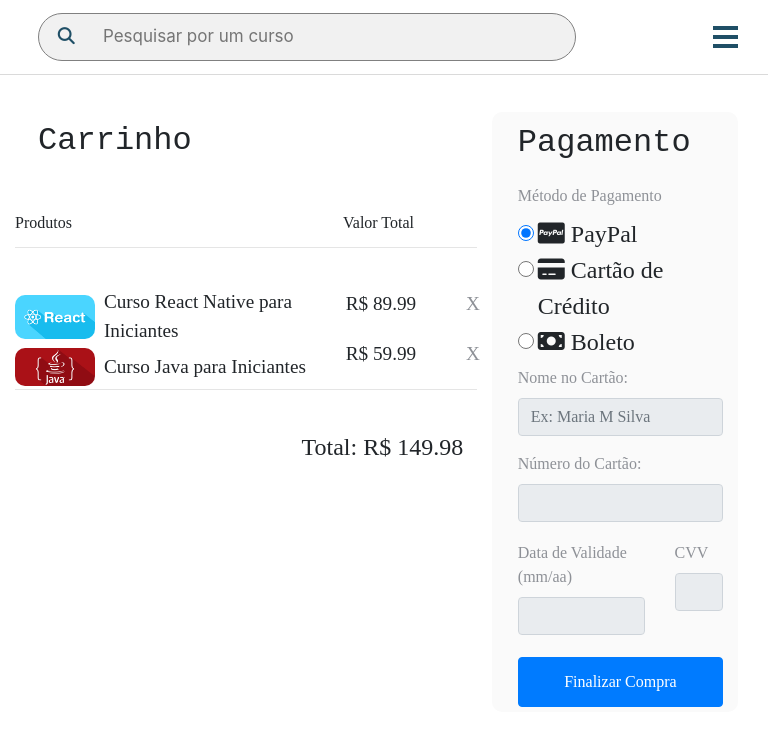
Repository: dudualtmann/Wissen
Page: Projeto Final2/WebContent/checkout.html
These files come from the project's save history. The page is drawn as it stood at one moment and after the next save; the edit follows.
The browser window is 768 px wide. The pictures show the whole page.
Some web fonts or font styles are not loaded; a fallback is used. Some web libraries are served in a nearby version.

Above is the page before, as saved 2021-01-30 06:56:03.

### Projeto Final2/WebContent/checkout.html
<!doctype html>
<html lang="pt-br">
  <head>
    <title>Wissen | Checkout</title>
    <!-- Required meta tags -->
    <meta charset="ISO-8859-1">
    <meta name="viewport" content="width=device-width, initial-scale=1, shrink-to-fit=no">
    <link href="https://fonts.googleapis.com/css2?family=Bree+Serif&display=swap" rel="stylesheet">
    <link href="https://fonts.googleapis.com/css2?family=Big+Shoulders+Inline+Display:wght@600&display=swap" rel="stylesheet">
    <link rel="preconnect" href="https://fonts.gstatic.com">
    <link href="https://fonts.googleapis.com/css2?family=Major+Mono+Display&display=swap" rel="stylesheet">
    <link rel="stylesheet" href="css/style.css">
    <link rel="stylesheet" href="css/checkout.css">
    <script src="https://kit.fontawesome.com/b1b1442df1.js" crossorigin="anonymous"></script>
    <!-- Bootstrap CSS -->
    <link rel="stylesheet" href="https://stackpath.bootstrapcdn.com/bootstrap/4.3.1/css/bootstrap.min.css" integrity="sha384-ggOyR0iXCbMQv3Xipma34MD+dH/1fQ784/j6cY/iJTQUOhcWr7x9JvoRxT2MZw1T" crossorigin="anonymous">
  </head>
  <body>

    <header class="header-wissen">
        <nav class="menu-topo-wissen row">
        <div class="wis-menu col-sm-2">
            <a class="logo-wissen-a" href="index.html" title="Wissen - A Plataforma do Conhecimento">
                <img class="logo-wissen" src="images/labelwissen.png" alt="WISSEN">
            </a>
        </div>

        <nav class="menu-itens col-sm-6">
            <span class="nav-item"><a href="#">Categorias</a></span>
            <span class="span-search">
                <input type="text" placeholder="Pesquisar por um curso">
                <button type="submit"><i class="fa fa-search"></i></button>
            </span>
        </nav>

        <div class="login-box col-sm-4 pr-5">
            <a class="btn-cart" href="#" role="button" ><i class="fas fa-shopping-cart"></i></a>
            <a class="btn-heart" href="#" role="button" ><i class="fas fa-heart"></i></a>
            <a class="btn-cursos" href="#" role="button" >Meus Cursos</a>
            <a href="#"><i class="fas fa-user link-login-wissen login-svg" ></i></a>
        </div>
    </nav>
    <!-- Mobile -->
    <nav class="nav-mobile">


        <span class="span-search">
            <input type="text" placeholder="Pesquisar por um curso">
            <button type="submit"><i class="fa fa-search"></i></button>
        </span>



        <div class="burger">
            <div class="line1"></div>
            <div class="line2"></div>
            <div class="line3"></div>
        </div>

        <ul class="nav-links">
            <li class="nav-li1"><a href="#">Categorias</a></li>
            <li ><a class="btn-cart" href="#" role="button" ><i class="fas fa-shopping-cart"></i></a></li>
            <li ><a class="btn-heart" href="#" role="button" ><i class="fas fa-heart"></i></a></li>
            <li ><a class="btn-cursos" href="#" role="button" >Meus Cursos</a></li>
            <li><a href="#"><i class="fas fa-user link-login-wissen login-svg"></i></a></li>
            <li><a class="logo-wissen-a" href="home.html" title="Wissen - A Plataforma do Conhecimento">
                <img class="logo-wissen" src="images/labelwissen.png" alt="WISSEN">
            </a></li>
        </ul>
    </nav>
    </header>

    <main class="container-fluid">
        <form action="SvCadastroPedido" method="POST">
            <input type="hidden" name="id_cursos" id="id_cursos" value="">
            <input type="hidden" name="total-price" id="total-price" value="">

        <section class="row main-section">

        <div class="col-md-8 left-col">
            <p class="p-title">Carrinho</p>
            <div class="divider">
                <div class="div-products">
                    <div class="row labels">
                        <p class="col-md-8">Produtos</p>
                        <p class="col-md-4">Valor Total</p>
                    </div>
                    <hr>

                    <div class="courses row align-items-center">
                        <div class="col-md-8 item">
                            <img src="images/react.png" alt="">
                            <div class="p-text">Curso React Native para Iniciantes</div>
                        </div>
                        <div class="col-md-3">
                            <div class="p-text">R$ 89.99</div>
                        </div>
                        <div class="col-md-1"><button class="btn-x">X</button></div>
                        <input type="hidden" class="id-curso" value="2">
                    </div>

                    <div class="courses row align-items-center">
                        <div class="col-md-8 item">
                            <img src="images/java.png" alt="">
                            <div class="p-text">Curso Java para Iniciantes</div>
                        </div>
                        <div class="col-md-3">
                            <div class="p-text">R$ 59.99</div>
                        </div>
                        <div class="col-md-1"><button class="btn-x">X</button></div>
                        <input type="hidden" class="id-curso" value="1">
                    </div>

                    <hr>
                    <div class="total">
                        <p class="total-price">Total: R$ <span id="preco-total">149.98</span></p>
                    </div>

                </div>
            </div>
        </div>

        <div class="col-md-4 right-col">
            <p class="p-title">Pagamento</p>
            <div class="div-checkout">
                <label class="l-text">Método de Pagamento</label>
                <div class="form-check">
                    <label class="form-check-label">
                    <input type="radio" class="form-check-input" name="payment-method" id="" value="PayPal" checked>
                    <i class="fab fa-cc-paypal"></i> PayPal
                  </label>
                </div>
                <div class="form-check">
                    <label class="form-check-label">
                    <input type="radio" class="form-check-input" name="payment-method" id="" value="Cartão de Crédito">
                    <i class="fas fa-credit-card"></i> Cartão de Crédito
                  </label>
                </div>
                <div class="form-check">
                    <label class="form-check-label">
                    <input type="radio" class="form-check-input" name="payment-method" id="" value="Boleto">
                    <i class="fas fa-money-bill"></i> Boleto
                  </label>

                </div>
                <div class="form-group first-input">
                    <label class="l-text">Nome no Cartão:</label>
                    <input type="text"
                      class="form-control" name="name" id="" aria-describedby="helpId" placeholder="Ex: Maria M Silva" disabled>
                </div>
                <div class="form-group">
                    <label class="l-text">Número do Cartão:</label>
                    <input type="text"
                      class="form-control" name="name" id="" aria-describedby="helpId" placeholder="" disabled>
                </div>

                <div class="row">
                  <div class="form-group col-md-8">
                    <label class="l-text">Data de Validade (mm/aa)</label>
                    <input type="text"
                        class="form-control" name="" id="" aria-describedby="helpId" placeholder="" disabled>
                  </div>
                  <div class="form-group col-md-4">
                    <label class="l-text">CVV</label>
                    <input type="number"
                        class="form-control" name="" id="" aria-describedby="helpId" placeholder="" disabled>
                  </div>
                </div>

                <input name="" id="" class="btn btn-primary btn-finalizar" type="submit" value="Finalizar Compra">
            </div>
        </div>

    </section>
    </form>
    </main>





    <!-- Optional JavaScript -->

    <script src="https://ajax.googleapis.com/ajax/libs/jquery/3.5.1/jquery.min.js"></script>


    <!-- jQuery first, then Popper.js, then Bootstrap JS -->
    <script src="https://code.jquery.com/jquery-3.3.1.slim.min.js" integrity="sha384-q8i/X+965DzO0rT7abK41JStQIAqVgRVzpbzo5smXKp4YfRvH+8abtTE1Pi6jizo" crossorigin="anonymous"></script>
    <script src="https://cdnjs.cloudflare.com/ajax/libs/popper.js/1.14.7/umd/popper.min.js" integrity="sha384-UO2eT0CpHqdSJQ6hJty5KVphtPhzWj9WO1clHTMGa3JDZwrnQq4sF86dIHNDz0W1" crossorigin="anonymous"></script>
    <script src="https://stackpath.bootstrapcdn.com/bootstrap/4.3.1/js/bootstrap.min.js" integrity="sha384-JjSmVgyd0p3pXB1rRibZUAYoIIy6OrQ6VrjIEaFf/nJGzIxFDsf4x0xIM+B07jRM" crossorigin="anonymous"></script>
    <script src="js/nav.js"></script>
    <script src="js/checkout.js"></script>

  </body>
</html>

### Projeto Final2/WebContent/css/style.css
/* style.css */

/* --- Header ---- */

.menu-topo-wissen{
    width: 100%;
}

.logo-wissen{
    margin-left: 25px;
    width: 170px;
}

.header-wissen{
    height: 75px;
    position: fixed;
    top: 0;
    z-index: 120;
    background-color: #fff;
    width: 100%;
    display: flex;
    align-items: center;
    padding: 0;
    border-bottom: 1px solid #dadada;
    box-sizing: border-box;
}

.login-box{
    display: flex;
    flex: 0 0 auto;
    align-items: center;
    justify-content: flex-end;
}

.login-svg{
    width: 30px;
}

.btn-cadastrar{
    background: #D9E7EE;
    right: 25px;
    color: #1F4F66;
    top: 18px;
    padding: 13px 20px;
    border-radius: 26px;
    font-weight: 600;
    margin-right: 10px;
    cursor: pointer;
    text-decoration: none;
}

.menu-itens{
    display: flex;
    justify-content: flex-start;
    align-items: center;
    font-family: 'Bree Serif', serif;
}

.menu-itens span a{
    text-decoration: none;
    color: #1F4F66;
    font-size: 1.4rem;
}

.menu-itens span a:hover{
    color: #1f50669a;
}

.nav-item{
    margin-left: 5%;
}

.burger{
    display: none;
}

.burger div{
    width: 25px;
    height: 4px;
    background-color:  #1F4F66;
    margin: 5px;
}

.nav-links{
    font-family: 'Bree Serif', serif;
    list-style: none;
    color: #1F4F66;
    font-size: 1.4rem;
    display: none;
}

.nav-links a{
    color: #1F4F66;
    text-decoration: none;
}

.nav-links a:hover{
    color: #1f50669a;
    text-decoration: none;
}

.nav-mobile{
    display: none;
}

/* CSS da NAV de quanto está logado */

.btn-cart{
    color: #1F4F66;
    font-size: 25px;
    padding: 13px 20px;

}

.btn-heart{
    color: #1F4F66;
    font-size: 25px;
    padding: 13px 20px;
    border-radius: 26px;
    margin-right: 20px;
}

.login-box a:hover{
    color:  #1f50669a;
}

.span-search {
    border: 1px solid grey;
    background: #f1f1f1;
    border-radius: 25px;
    width: 100%;
    margin-left: 5%;
}

.span-search input{
    padding: 10px;
    font-size: 17px;
    border: none;
    width: 90%;
    background: transparent;
    outline: none;
}

.span-search button {
    width: 10%;
    padding: 10px;
    float: left;
    background-color: transparent;
    border: none;
    text-decoration: none;
    color: #1F4F66;
    font-size: 17px;
    border-left: none; /* Prevent double borders */
    cursor: pointer;
}

.btn-cursos{
    font-family: 'Bree Serif', serif;
    text-decoration: none;
    color: #1F4F66;
    font-size: 1.4rem;
    margin-right: 5%;
}

.btn-cursos:hover{
    text-decoration: none;
    color:  #1f50669a;
}

.login-svg{
    color: #1F4F66; font-size: 30px;

}

.cart-number{
    position: absolute;
    text-align: center;
    font-family: 'Bree Serif', serif;
    top: 15px;
    right: 327px;
    background-color: red;
    width: 20px;
    border-radius: 80%;
}

/* Footer */

.footer-wissen{
    width: 100vw;
    background-color: rgb(241, 241, 241);
}

.footer-slogan h1{
    color: black;
    font-family: 'Bree Serif', serif;
    font-size: 24px;
    font-weight: 600;
    line-height: 1.88;
}

.copyright p{
    color:  rgba(121, 121, 121, 0.7);
    font-family: Inter;
    font-size: 1.3rem;
    font-weight: 300;
}



@media screen and (max-width:848px){

    .nav-mobile{
        display: flex;
        justify-content: space-around;
        align-items: center;
    }

    .wis-menu{
        position: absolute;
        left: 0;
    }

    .menu-topo-wissen .wis-menu,.menu-topo-wissen .menu-itens, .menu-topo-wissen .login-box{
        display: none;
    }

    .burger{
        display: block;
        margin-right: 25px;
        cursor: pointer;
    }

    .nav-links{
        display: flex;
        position: absolute;
        right: 0px;
        height: 110vh;
        top: 75px;
        background-color:#fff;
        flex-direction: column;
        align-items: center;
        width: 100%;
        transition: transform 0.5s ease-in;
        transform: translateX(100%);
    }

    .nav-links li{
        padding: 20px;
        opacity: 0;
    }

    .nav-li1{
        margin-top: 20px;
    }

    .login-box{
        margin-left: 40%;
    }

    .span-search input{
        width: 80%;
    }

    .span-search{
        width: 70%;
        position: absolute;
        left: 0;
    }

    .btn-heart{
        margin-right: 0;
    }

    .btn-cursos{
        margin-right: 0;
    }



}

.nav-active{
    transform: translateX(0%);
}

@keyframes navLinkFade{
    from{
        opacity: 0;
        transform: translateX(50px);
    }
    to{
        opacity: 1;
        transform: translateX(0px);
    }
}

### Projeto Final2/WebContent/css/checkout.css
/* checkout.css */

*{
    margin: 0px;
    padding: 0px;
    box-sizing: border-box;
    text-decoration: none;

}

.main-section{
    margin-top: 75px;
    width: 100%;
    height: 100%;
}

.p-title{
    margin-top: 1%;
    font-size: 2.0rem;
    margin-left: 5%;
    font-family: 'Major Mono Display', monospace;
}

.left-col,.right-col{
    margin-top: 5%;
    height: 600px;
}

/* Left-col */

.div-products{
    font-family: 'Bree Serif', serif;
    width: 85%;
}

.labels{
    height: 20px;
}

.divider{
    width: 100%;
    margin-top: 3%;
    display: flex;
    justify-content: center;
}

.courses{
    margin-top: 2%;
    height: 50px;
}

.btn-x{
    background-color: #FFFFFF;
    border: none;
    width: 100%;
    font-size: 1.2rem;
    color: #8E9197;
}

.btn-x:hover{
    color: #c4c4c5;
}

.p-text{
    font-size: 1.2rem;
    margin-left: 3%;
}

.item{
    display: flex;
    align-items: center;
}

.item img{
    width: 80px;
    border-radius: 10px;
}

.total{
    display: flex;
    width: 100%;
    justify-content: flex-end;
}

.total-price{
    margin-right: 3%;
    font-size: 1.5rem;
}

/* Right-col */

.right-col{
    background-color: #FAFAFA;
    padding: 5px;
    border-radius: 10px;
}

.div-checkout{
    margin-top: 8%;
    margin-left: 5%;
    font-family: 'Bree Serif', serif;
}

.l-text{
    font-family: 'Bree Serif', serif;
    font-size: 1.0rem;
    color: #8E9197;
}

.form-check-label{
    font-size: 1.5rem;
}

.form-check-input{
    height: 1.5rem;
    width: 1rem;
}

.form-group{
    margin-top: 1%;
}

.first-input{
    margin-top: 3%;
}

.btn-finalizar{
    margin-top: 3%;
    width: 100%;
    height: 50px;
}

@media screen and (max-width: 768px){
	.div-products{
    width: 100%;
}

.total-price{
	margin-top: 5%;
}

.item{
	margin-top: 5%;
}

.btn-x{
	width:5%;
}

.divider{
	margin-top:10%;
}
	}

### Projeto Final2/WebContent/js/nav.js
// nav.js
const navSlide = () =>{
    const burger = $('.burger').get(0);
    const nav = $('.nav-links').get(0);
    const navLinks = document.querySelectorAll('.nav-links li');
    const navLinks2 = $('nav-links li');


    burger.addEventListener('click', () => {
        // Toggle Nav
        nav.classList.toggle('nav-active');
        // Animated Links
        navLinks.forEach((link,index) => {
        if(link.style.animation){
            link.style.animation = '';
        }
        else{
            link.style.animation =  `navLinkFade 0.5s ease forwards ${index/5+0.5}s`;
        }

    });
    });

    $(document).on('click', '.nav-links li a', function(){
        // Toggle Nav
        nav.classList.toggle('nav-active');
        // Animated Links
        navLinks.forEach((link,index) => {
        if(link.style.animation){
            link.style.animation = '';
        }
        else{
            link.style.animation =  `navLinkFade 0.5s ease forwards ${index/5+0.5}s`;
        }

    });
    })





}

navSlide();

### Projeto Final2/WebContent/js/checkout.js
// checkout.js

$(document).ready(function(){
    var divCursos = $(".id-curso");
    let idCursos = "";



    for(i = 0; i < divCursos.length;i++){
        if(divCursos.eq(i).val() != undefined){
            if(i >= 1)
            idCursos += "," + divCursos.eq(i).val();
            else
            idCursos = divCursos.eq(0).val();
        }

    }

$('#id_cursos').val(idCursos);

$('#total-price').val($('#preco-total').text());

})

var carrinho = $('.cart-number').text();

$(document).on('click', '.btn-x', function() {
    let id = $(this).parent().parent().find("input").val();
    let parentDiv = $(this).parent().parent();
    let coursePrice = $(this).parent().parent().find(".col-md-3 .p-text .course-price").text();
    $.ajax({url:"SvRemoveCarrinho", data: {idCurso:id},type: "post", success: function(responseText) {
        if(responseText == "ok"){
            // Curso removido do carrinho com sucesso
            carrinho -= 1;
            $('.cart-number').text(carrinho).show();

            console.log(coursePrice + " Course-price");
            let totalPrice = $('#total-price').val();
            console.log(totalPrice + " total price");
            totalPrice -= coursePrice;
            $('#total-price').val(totalPrice);
            $('#preco-total').text(totalPrice)
            parentDiv.remove();
        } else{
            // Erro ao adicionar curso no carrinho
            alert('erro: '+responseText);
        }

    }});
});

$(document).on('change', "#credit-card",function(){
	if($(this).prop("checked")){
		$('.card-info').prop("disabled",false);
	}
});

$(document).on('change', '#paypal, #boleto',function(){
	if($(this).prop("checked")){
		$('.card-info').prop("disabled",true);
	}
});

After the next save:
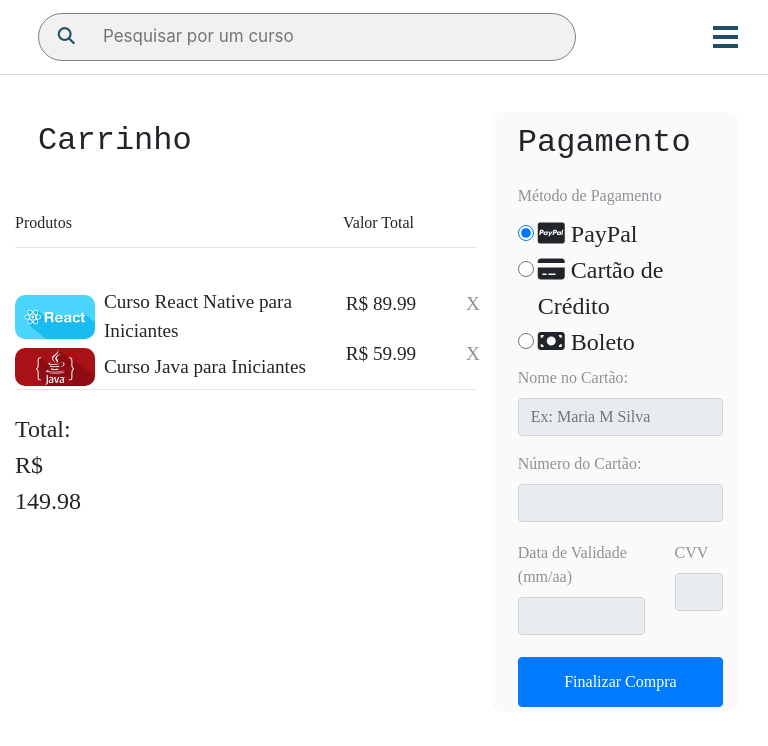
Saved 51 s later.
--- a/Projeto Final2/WebContent/css/checkout.css
+++ b/Projeto Final2/WebContent/css/checkout.css
@@ -135,6 +135,10 @@
     width: 100%;
 }
 
+.total{
+	width:20%
+}
+
 .total-price{
 	margin-top: 5%;
 }
